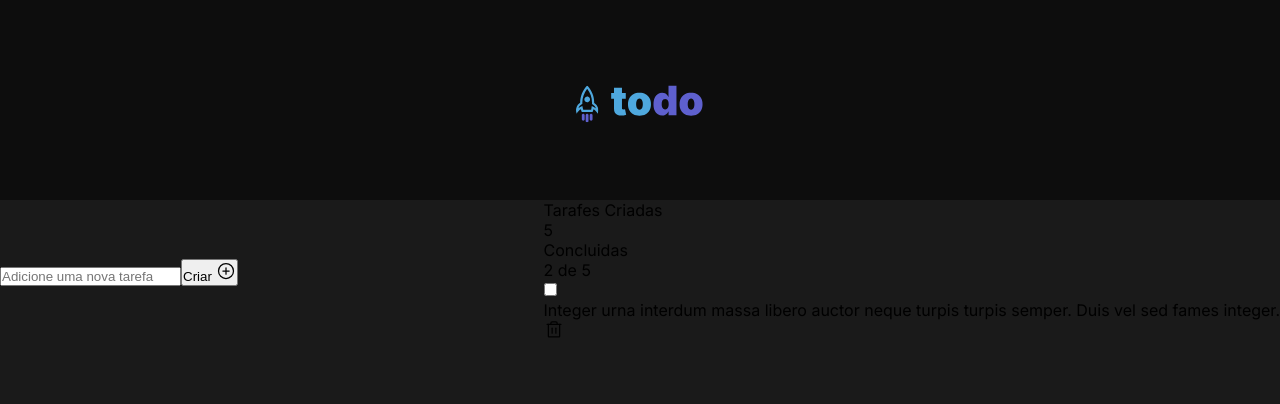
Repository: guilhermecardoso93/todolistreact
Page: /
These files come from the project's save history. The page is drawn as it stood at one moment and after the next save; the edit follows.
The browser window is 1280 px wide. The pictures show the whole page.
The project was rebuilt for these pictures with package versions that can differ from the ones it lists, and the page was loaded fresh each time. Also part of the build but not shown: vite.config.ts.

Above is the page before, as saved 2022-07-02 18:02:46.

After the next save:
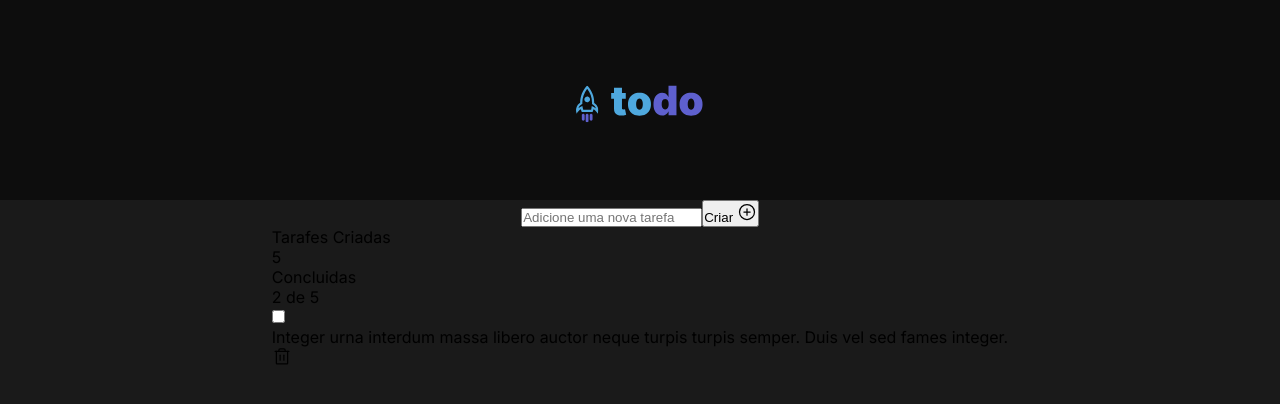
Saved 33 s later.
--- a/src/Tasks.module.css
+++ b/src/Tasks.module.css
@@ -1,6 +1,6 @@
 .content {
   display: flex;
-  display: flex;
+  flex-direction: column;
   align-items: center;
   justify-content: space-between;
 }
